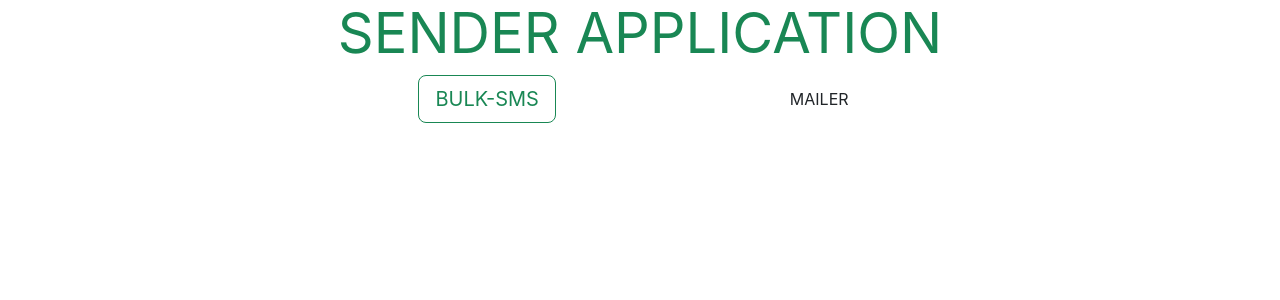
Repository: oluwaseyi9325/react-redux
Page: /mailer
These files come from the project's save history. The page is drawn as it stood at one moment and after the next save; the edit follows.
The browser window is 1280 px wide. The pictures show the whole page.
The project was rebuilt for these pictures with package versions that can differ from the ones it lists, and the page was loaded fresh each time. Also part of the build but not shown: src/Pages/Index.tsx, src/Pages/NotFond.tsx.

Above is the page before, as saved 2023-04-18 17:18:32.

After the next save:
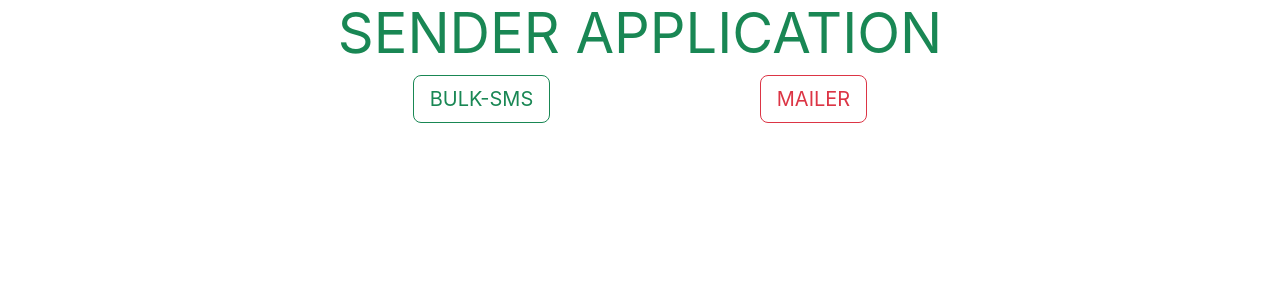
Saved 6 s later.
--- a/src/Components/NavBar.tsx
+++ b/src/Components/NavBar.tsx
@@ -8,7 +8,7 @@ const NavBar = () => {
         <h4 className='text-success display-4'><b>SENDER APPLICATION</b></h4>
         <div className='gap-4 d-flex justify-content-around'>
             <button className='btn btn-outline-success btn-lg'>BULK-SMS</button>
-            <button className='btn btn-outline-'>MAILER</button>
+            <button className='btn btn-outline-danger btn-lg'>MAILER</button>
         </div>
       </div>
 
